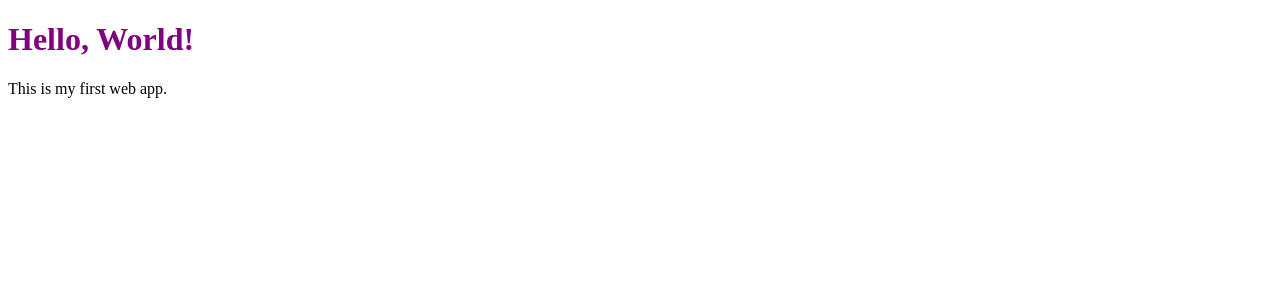
Repository: PGauri/newsviz
Page: src/index.html
These files come from the project's save history. The page is drawn as it stood at one moment and after a run of saves; the edit follows.
The browser window is 1280 px wide. The pictures show the whole page.
Some web libraries are served in a nearby version.

Above is the page before, as saved 2022-03-22 13:00:54.

After the next 2 saves:
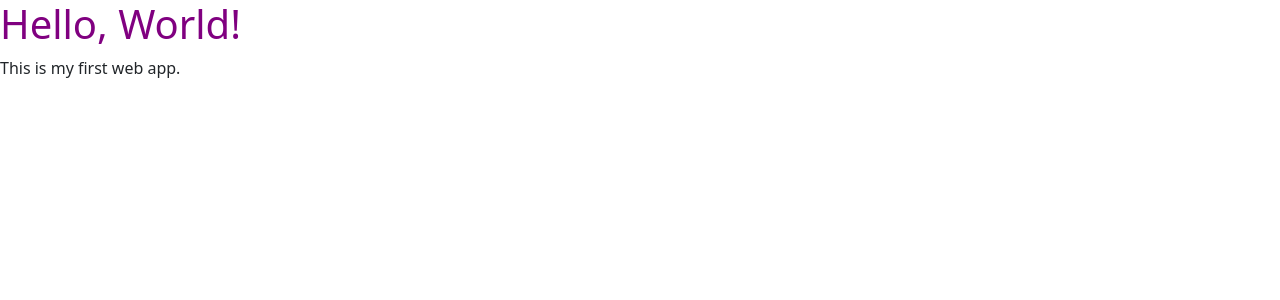
The 2 saves are shown as one change because they came seconds apart.
The last was saved 2 h 25 min later.
--- a/src/styles/styles.css
+++ b/src/styles/styles.css
@@ -1,3 +1,4 @@
+@import "../../node_modules/bootstrap/dist/css/bootstrap.css";
 h1 {
     color: purple;
   }
